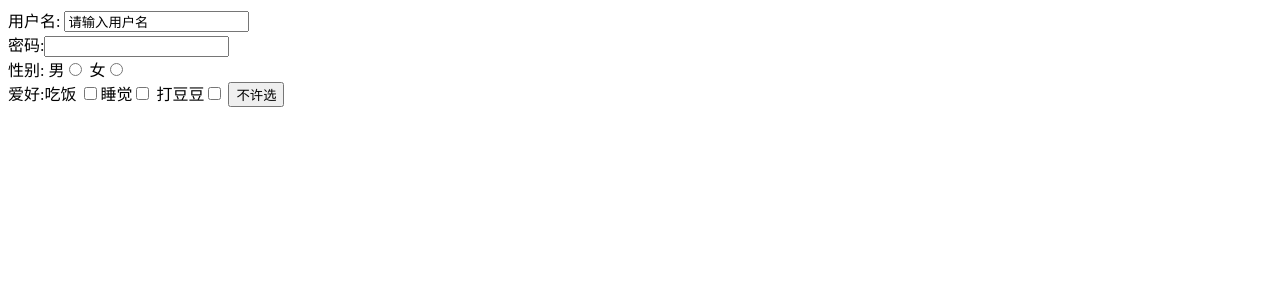
Repository: Qwenicq/My_project
Page: html/HTML_learning/4_list.html
An editor plug-in stored every save of this project. The page is shown before and after the next save, followed by the edit.
The browser window is 1280 px wide. The pictures show the whole page.

Above is the page before, as saved 2023-03-28 22:24:29.

### html/HTML_learning/4_list.html
<!DOCTYPE html>
<html lang="zh-CN">
<head>
    <meta charset="UTF-8">
    <meta http-equiv="X-UA-Compatible" content="IE=edge">
    <meta name="viewport" content="width=device-width, initial-scale=1.0">
    <title>Document</title>
</head>
<body>
    <form action="demo.php" method="post" name="name1">
        用户名: <input type="text" name="username" value="请输入用户名"><br>
        <!-- 我是文本框 -->
        密码:<input type="password" name="passward"><br>
        <!-- 我是密码框,用户看不到内容 -->
        <!-- 单选按钮需要有相同的名字才能使得多选一 -->
        性别: 男<input type="radio" name="sex" value="男"> 女<input type="radio" name="sex" value="女"><br>
        <!-- 我是单选按钮 -->
        爱好:吃饭 <input type="checkbox" name="hobby" value="吃饭">睡觉<input type="checkbox" name="hobby" value="睡觉"> 打豆豆<input type="checkbox" value="打豆豆">
        <!-- 我是复选框 -->
<!-- 单选按钮和复选框可以设置checked属性,当打开当前页面时就会勾选 -->
      <input type="submit" value="不许选">
    </form>
</body>
</html>

After the next save:
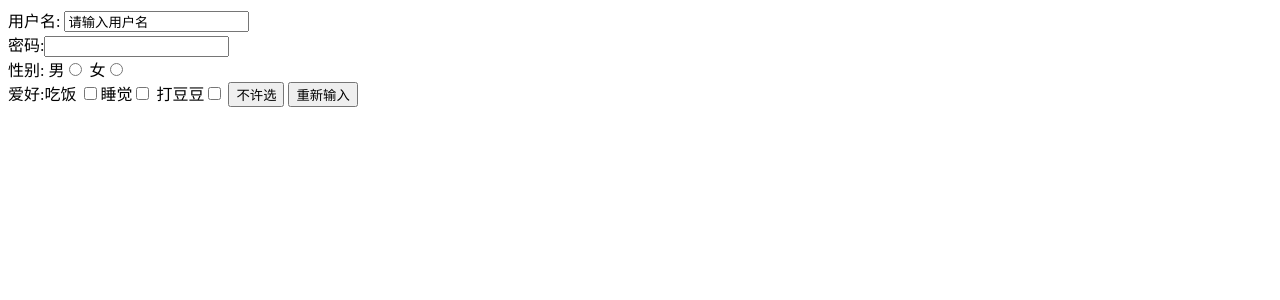
Saved 3 min 21 s later.
--- a/html/HTML_learning/4_list.html
+++ b/html/HTML_learning/4_list.html
@@ -19,6 +19,7 @@
         <!-- 我是复选框 -->
 <!-- 单选按钮和复选框可以设置checked属性,当打开当前页面时就会勾选 -->
       <input type="submit" value="不许选">
+      <input type="reset" value="重新输入">
     </form>
 </body>
 </html>
